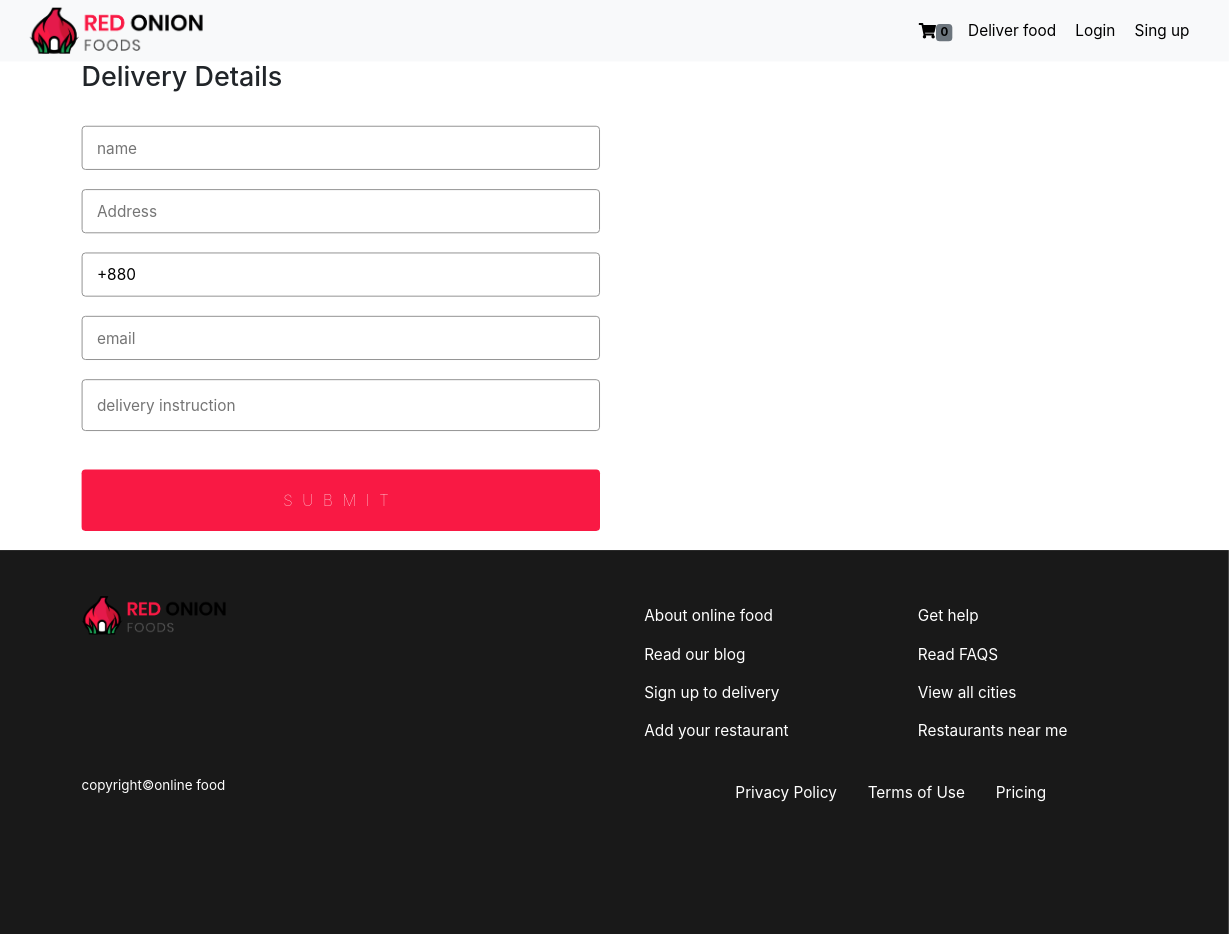
Repository: arif286/red-onion-client
Page: /cart
These files come from the project's save history. The page is drawn as it stood at one moment and after the next save; the edit follows.
The browser window is 1280 px wide. The pictures show the whole page, at 96% of full size.
The project was rebuilt for these pictures with package versions that can differ from the ones it lists, and the page was loaded fresh each time. Some packages were replaced by stand-ins written for this rebuild. Also part of the build but not shown: src/App.css, src/components/SearchBar/SearchBar.css, src/components/SearchBar/SearchBar.js, src/components/FoodDetails/FoodDetail.css, src/components/FoodDetails/FoodDetail.js, src/components/DeliveryFood/DeliveryFood.js, src/components/Food/Food.css, src/components/Food/FoodItem.js and 9 more.

Above is the page before, as saved 2021-03-30 16:31:53.

### src/App.js
import "bootstrap/dist/css/bootstrap.min.css";
import React, { createContext, useState } from "react";
import { BrowserRouter as Router, Route, Switch } from "react-router-dom";
import './App.css';
import Cart from "./components/Cart/Cart";
import FoodDetail from "./components/FoodDetails/FoodDetail";
import Footer from "./components/Footer/Footer";
import Header from "./components/Header/Header";
import Home from './components/Home/Home';
import Login from "./components/LogIn/Login";
import SingUp from "./components/SingUp/SingUp";


export const UserContext = createContext();
function App() {
  const [loggedInUser, setLoggedInUser] = useState({});
  return (
    <UserContext.Provider value={[loggedInUser, setLoggedInUser]}>
      <Router>
        <Header />
        <Switch>
          <Route path="/home">
            <Home />
          </Route>
          <Route path="/signUp">
            <SingUp />
          </Route>
          <Route path="/login">
            <Login />
          </Route>
          <Route path="/food/details/:foodId">
            <FoodDetail />
          </Route>
          <Route path='/cart'>
            <Cart/>
          </Route>
          <Route exact path="/">
            <Home/>
          </Route>
        </Switch>
        <Footer />
      </Router>
    </UserContext.Provider>
  );

}

export default App;

### src/components/Cart/Cart.js
import React, { useContext } from 'react';
import { useForm } from 'react-hook-form';
import { UserContext } from '../../App';
import './Cart.css';
const Cart = () => {
    const [loggedInUser, setLoggedInUser] = useContext(UserContext);
    const { count, foodItem } = loggedInUser;

    const { register, handleSubmit, errors } = useForm();

    const onSubmit = (data) => {
        console.log(data)
    }
    return (
      <div className="container">
        <div className="row justify-content-between">
          <div className="col-md-6 col-sm-12">
            <h3>Delivery Details</h3>
            <form className='delivery-form' onSubmit={handleSubmit(onSubmit)}>
              <input
                type="text"
                name="name"
                placeholder="name"
                ref={register({
                  validate: (value) => (value.length !== ''),
                  required: true,
                })}
              />
              {errors.name && <p>please write your name</p>}

              <input
                type="text"
                name="address"
                placeholder="Address"
                ref={register({
                  validate: (value) => (value.length !== ''),
                  required: true,
                })}
              />
              {errors.address && <p>please write correct address</p>}
              <input
                type="phone"
                name="phone"
                placeholder="phone"
                defaultValue="+880"
                ref={register({
                  validate: (value) => value.length !== 14,
                  required: true,
                })}
              />
              {errors.phone && <p>please type a correct number</p>}
                <input
                 name = 'email'
                 type = "email"
                 placeholder = "email"
                 ref={register({
                  pattern: /^(([^<>()[\]\\.,;:\s@"]+(\.[^<>()[\]\\.,;:\s@"]+)*)|(".+"))@((\[[0-9]{1,3}\.[0-9]{1,3}\.[0-9]{1,3}\.[0-9]{1,3}\])|(([a-zA-Z\-0-9]+\.)+[a-zA-Z]{2,}))$/,
                  required: true,
                })}
              />
              {
                  errors.email && <p>Invalid Email</p>
              }
              <input type='text' name='instruction'
                placeholder='delivery instruction'
                required={ true}/>
              <input type="submit" value="submit" />
            </form>
          </div>
          <div className="col-md-4 col-sm-12"></div>
        </div>
      </div>
    );
};

export default Cart;

### src/components/Footer/Footer.js
import React from 'react';
import { NavLink } from 'react-bootstrap';
import Logo from '../../onion-restaurent/logo2.png';
import './Footer.css';

const Footer = () => {
    return (
      <footer>
        <div className="container">
          <div className="row pt-5">
            <div className="col-md-6 col-sm-12 pb-4">
              <img className="footer-img" src={Logo} alt="" />
            </div>
            <div className="col-md-3 col-sm-12 pb-4">
              <ul className="nav flex-column">
                <li className="nav-item">
                  <NavLink
                    className="nav-link active footer-link"
                    aria-current="page"
                    to="/"
                  >
                    About online food
                  </NavLink>
                </li>
                <li className="nav-item">
                  <NavLink className="nav-link footer-link" to="/">
                    Read our blog
                  </NavLink>
                </li>
                <li className="nav-item">
                  <NavLink className="nav-link footer-link" to="/">
                    Sign up to delivery
                  </NavLink>
                </li>
                <li className="nav-item">
                  <NavLink className="nav-link footer-link" to="/">
                    Add your restaurant
                  </NavLink>
                </li>
              </ul>
            </div>
            <div className="col-md-3 col-sm-12 pb-4">
              <ul className="nav flex-column">
                <li className="nav-item">
                  <NavLink
                    className="nav-link footer-link"
                    aria-current="page"
                    to="/"
                  >
                    Get help
                  </NavLink>
                </li>
                <li className="nav-item">
                  <NavLink className="nav-link footer-link" to="/">
                    Read FAQS
                  </NavLink>
                </li>
                <li className="nav-item">
                  <NavLink className="nav-link footer-link" to="/">
                    View all cities
                  </NavLink>
                </li>
                <li className="nav-item">
                  <NavLink className="nav-link footer-link" to="/">
                    Restaurants near me
                  </NavLink>
                </li>
              </ul>
            </div>
          </div>

          <div className="row">
            <div className="col-md-7">
              <p className='copy-right'>
                <small>
                  copyright<span>&#169;</span>online food
                </small>
              </p>
            </div>
            <div className="col-md-5">
              <div className='d-flex'>
                <NavLink className="footer-link">Privacy Policy</NavLink>
                <NavLink className="footer-link">Terms of Use</NavLink>
                <NavLink className="footer-link">Pricing</NavLink>
              </div>
            </div>
          </div>
        </div>
      </footer>
    );
};

export default Footer;

### src/components/Header/Header.js
import { faShoppingCart } from "@fortawesome/free-solid-svg-icons";
import { FontAwesomeIcon } from "@fortawesome/react-fontawesome";
import React from 'react';
import { NavLink } from "react-router-dom";
import logo from '../../onion-restaurent/logo2.png';
import './Header.css';
const cart = <FontAwesomeIcon icon={faShoppingCart} />;
const Header = () => {
    const header = {
        logo : {width: '180px'}
    }
    return (
      <div>
        <nav className="navbar navbar-expand-lg navbar-light bg-light">
          <div className="container-fluid">
            <div>
              <img style={header.logo} src={logo} alt="" />
            </div>
            <button
              className="navbar-toggler"
              type="button"
              data-bs-toggle="collapse"
              data-bs-target="#navbarNav"
              aria-controls="navbarNav"
              aria-expanded="false"
              aria-label="Toggle navigation"
            >
              <span className="navbar-toggler-icon"></span>
            </button>
            <div
              className="collapse  navbar-collapse justify-content-end"
              id="navbarNav"
            >
              <ul className="navbar-nav align-items-center">
                <li className="nav-item">
                  <button className=" cart-btn" to="/">
                    {cart}
                    <small className="badge bg-secondary">0</small>
                  </button>
                </li>
                <li className="nav-item">
                  <NavLink className="header-link" to="/cart">
                    Deliver food
                  </NavLink>
                </li>
                <li className="nav-item">
                  <NavLink className="header-link" to="/login">
                    Login
                  </NavLink>
                </li>
                <li className="nav-item">
                  <NavLink className="header-link" to="/signUp">
                    Sing up
                  </NavLink>
                </li>
              </ul>
            </div>
          </div>
        </nav>
      </div>
    );
};

export default Header;

### src/components/Cart/Cart.css
.delivery-form input {
  width: 100%;
  padding: 10px 15px;
  box-sizing: border-box;
  margin-bottom: 20px;
  border: 1px solid #909090;
  outline: none;
  border-radius: 4px;
}
.delivery-form input:first-child {
  margin-top: 25px;
}
.delivery-form input:nth-child(5) {
  line-height: 2;
}
.delivery-form p {
  color: #bf1650;
  margin-bottom: 20px;
}

.delivery-form p::before {
  display: inline;
  content: "⚠ ";
}

button[type="submit"],
.delivery-form input[type="submit"] {
  background: #f91944;
  color: white;
  text-transform: uppercase;
  border: none;
  margin-top: 20px;
  padding: 20px;
  font-size: 16px;
  font-weight: 100;
  letter-spacing: 10px;
}

button[type="submit"]:hover,
.delivery-form input[type="submit"]:hover {
  background: #d83153;
}

### src/components/Footer/Footer.css
.footer-img {
  width: 150px;
}
footer {
  background-color: #191919;
  height: 400px;
}
.footer-link {
  color: white;
}
.footer-link:hover {
  color: #878787;
}
.copy-right {
  color: white;
}

### src/components/Header/Header.css
.header-link {
  color: black;
  display: inline-block;
  padding: 10px;
}
.header-link:hover {
  text-decoration: none;
  color: #777777;
}
.cart-btn {
  border: none;
  background: none;
}

Loaded but not shown: public/index.html (common file); src/index.js (common file); src/index.css (common file); src/reportWebVitals.js (common file)

After the next save:
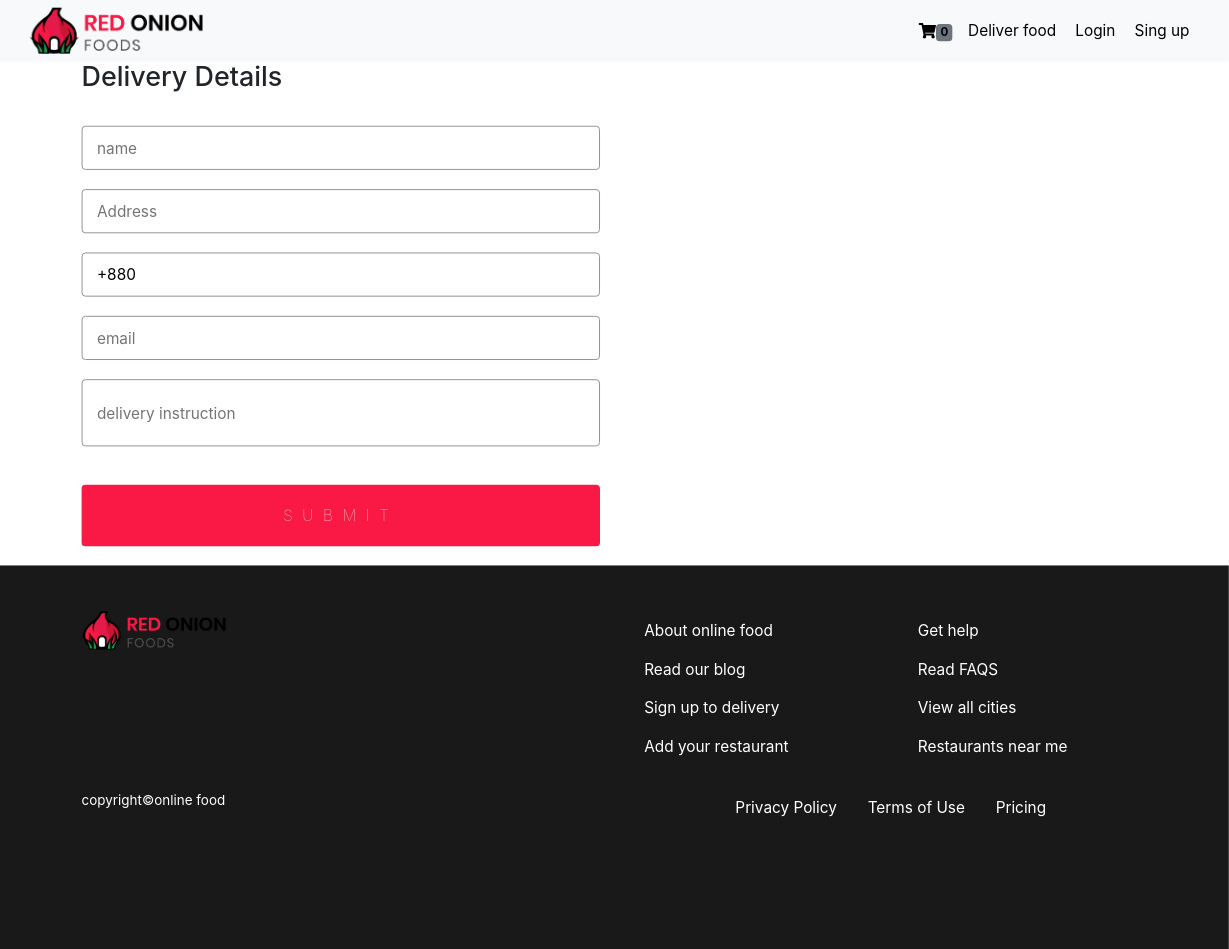
Saved 6 s later.
--- a/src/components/Cart/Cart.css
+++ b/src/components/Cart/Cart.css
@@ -11,7 +11,7 @@
   margin-top: 25px;
 }
 .delivery-form input:nth-child(5) {
-  line-height: 2;
+  line-height: 3;
 }
 .delivery-form p {
   color: #bf1650;
